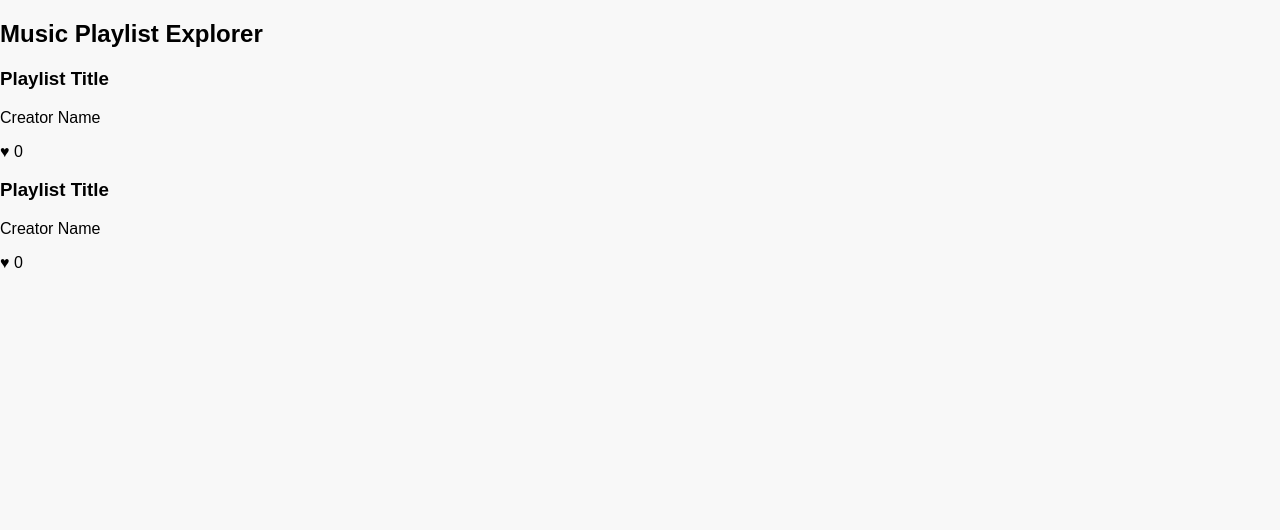
Repository: valentinaarojas/music-player-explorer
Page: index.html
An editor plug-in stored every save of this project. The page is shown before and after a run of saves, followed by the edit.
The browser window is 1280 px wide. The pictures show the whole page.

Above is the page before, as saved 2025-02-18 18:12:16.
Console error: SyntaxError: Unexpected token '{'

### index.html
<!DOCTYPE html>
<html lang="en">
<head>
    <meta charset="UTF-8">
    <meta name="viewport" content="width=device-width, initial-scale=1.0">

    <title>Music Playlist Explorer</title>
    <link rel="icon" type="image/x-icon" href="/images/favicon.ico">

    <link rel="stylesheet" href="style.css">
</head>
<body>
    <header>
        <!-- Your header content here -->
        <div class="banner">
            <h2>Music Playlist Explorer</h2>
        </div>
    </header>

    <main>
        <!-- Your main content here -->
        <div class="playlist-cards">
            <!-- card 1 -->
            <div class="playlist-card">
                <div class="playlist-cover">
                    <!-- IMG -->
                </div>
                <div class="playlist-info">
                    <h3 class="playlist-title">Playlist Title</h3>
                    <p class="creator-info">Creator Name</p>
                    <div class="like-count">
                        <span>♥</span>
                        <span>0</span>
                    </div>
                </div>
            </div>
            <!-- card 2 -->
            <div class="playlist-card">
                <div class="playlist-cover">
                    <!-- IMG -->
                </div>
                <div class="playlist-info">
                    <h3 class="playlist-title">Playlist Title</h3>
                    <p class="creator-info">Creator Name</p>
                    <div class="like-count">
                        <span>♥</span>
                        <span>0</span>
                    </div>
                </div>
            </div>

        </div>
    </main>

    <footer>
        <!-- Your footer content here -->
    </footer>
    <script src="data/data.js"></script>
    <script src="script.js"></script>
</body>
</html>

### style.css
body {
    font-family: 'Arial', sans-serif;
    margin: 0;
    padding: 0;
    background-color: #f8f8f8;
}

### data/data.js
let data = { "playlists": [
    {
      "playlistID": 0,
      "playlist_name": "Late Night Drive",
      "playlist_creator": "Melody Maven",
      "playlist_art": "https://picsum.photos/id/36/200",
      "likeCount": 0,
      "songs": [
        {
          "songID": 0,
          "title": "Nightcall",
          "artist": "Kavinsky",
          "album": "Nightcall",
          "cover_art": "https://picsum.photos/id/43/200",
          "duration": "4:18"
        },
        {
          "songID": 1,
          "title": "Drive",
          "artist": "The Cars",
          "album": "Heartbeat City",
          "cover_art": "https://picsum.photos/id/45/200",
          "duration": "3:55"
        },
        {
          "songID": 2,
          "title": "Cruisin'",
          "artist": "Smokey Robinson",
          "album": "One Heartbeat",
          "cover_art": "https://picsum.photos/id/88/200",
          "duration": "4:30"
        },
        {
          "songID": 3,
          "title": "Night Moves",
          "artist": "Bob Seger",
          "album": "Night Moves",
          "cover_art": "https://picsum.photos/id/84/200",
          "duration": "5:25"
        },
        {
          "songID": 4,
          "title": "Moonlight Drive",
          "artist": "The Doors",
          "album": "Strange Days",
          "cover_art": "https://picsum.photos/id/122/200",
          "duration": "3:04"
        }
      ]
    },
    {
      "playlistID": 1,
      "playlist_name": "That Summer '16 Feeling",
      "playlist_creator": "Groove Guardian",
      "playlist_art": "https://picsum.photos/id/117/200",
      "likeCount": 10,
      "songs": [
        {
          "songID": 5,
          "title": "One Dance",
          "artist": "Drake",
          "album": "Views",
          "cover_art": "https://picsum.photos/id/21/200",
          "duration": "2:53"
        },
        {
          "songID": 6,
          "title": "Cheap Thrills",
          "artist": "Sia",
          "album": "This Is Acting",
          "cover_art": "https://picsum.photos/id/56/200",
          "duration": "3:31"
        },
        {
          "songID": 7,
          "title": "Don't Let Me Down",
          "artist": "The Chainsmokers ft. Daya",
          "album": "Collage",
          "cover_art": "https://picsum.photos/id/145/200",
          "duration": "3:28"
        },
        {
          "songID": 8,
          "title": "This Is What You Came For",
          "artist": "Calvin Harris ft. Rihanna",
          "album": "This Is What You Came For",
          "cover_art": "https://picsum.photos/id/160/200",
          "duration": "3:42"
        },
        {
          "songID": 9,
          "title": "Ride",
          "artist": "Twenty One Pilots",
          "album": "Blurryface",
          "cover_art": "https://picsum.photos/id/133/200",
          "duration": "3:34"
        }
      ]
    },
    {
      "playlistID": 2,
      "playlist_name": "Workout Beats",
      "playlist_creator": "Harmony Herald",
      "playlist_art": "https://picsum.photos/id/1077/200",
      "likeCount": 2,
      "songs": [
        {
          "songID": 10,
          "title": "Eye of the Tiger",
          "artist": "Survivor",
          "album": "Eye of the Tiger",
          "cover_art": "https://picsum.photos/id/593/200",
          "duration": "4:05"
        },
        {
          "songID": 11,
          "title": "Stronger",
          "artist": "Kanye West",
          "album": "Graduation",
          "cover_art": "https://picsum.photos/id/169/200",
          "duration": "5:12"
        },
        {
          "songID": 12,
          "title": "Lose Yourself",
          "artist": "Eminem",
          "album": "8 Mile Soundtrack",
          "cover_art": "https://picsum.photos/id/171/200",
          "duration": "5:26"
        },
        {
          "songID": 13,
          "title": "Uptown Funk",
          "artist": "Mark Ronson ft. Bruno Mars",
          "album": "Uptown Special",
          "cover_art": "https://picsum.photos/id/274/200",
          "duration": "4:30"
        },
        {
          "songID": 14,
          "title": "Can't Stop the Feeling!",
          "artist": "Justin Timberlake",
          "album": "Trolls (Original Motion Picture Soundtrack)",
          "cover_art": "https://picsum.photos/id/304/200",
          "duration": "3:56"
        }
      ]
    },
    {
      "playlistID": 3,
      "playlist_name": "Road Trip Anthems",
      "playlist_creator": "Playlist Pioneer",
      "playlist_art": "https://picsum.photos/id/314/200",
      "likeCount": 5,
      "songs": [
        {
          "songID": 15,
          "title": "Life Is a Highway",
          "artist": "Tom Cochrane",
          "album": "Mad Mad World",
          "cover_art": "https://picsum.photos/id/352/200",
          "duration": "4:26"
        },
        {
          "songID": 16,
          "title": "Born to Run",
          "artist": "Bruce Springsteen",
          "album": "Born to Run",
          "cover_art": "https://picsum.photos/id/361/200",
          "duration": "4:30"
        },
        {
          "songID": 17,
          "title": "Take It Easy",
          "artist": "Eagles",
          "album": "Eagles",
          "cover_art": "https://picsum.photos/id/365/200",
          "duration": "3:31"
        },
        {
          "songID": 18,
          "title": "Route 66",
          "artist": "Chuck Berry",
          "album": "Get Your Kicks on Route 66",
          "cover_art": "https://picsum.photos/id/371/200",
          "duration": "2:53"
        },
        {
          "songID": 19,
          "title": "On the Road Again",
          "artist": "Willie Nelson",
          "album": "Honeysuckle Rose",
          "cover_art": "https://picsum.photos/id/382/200",
          "duration": "2:33"
        }
      ]
    },
    {
      "playlistID": 4,
      "playlist_name": "Boss Chick Energy",
      "playlist_creator": "Tempo Tactician",
      "playlist_art": "https://picsum.photos/id/449/200",
      "likeCount": 0,
      "songs": [
        {
          "songID": 20,
          "title": "Run the World (Girls)",
          "artist": "Beyoncé",
          "album": "4",
          "cover_art": "https://picsum.photos/id/550/200",
          "duration": "3:56"
        },
        {
          "songID": 21,
          "title": "I'm Every Woman",
          "artist": "Chaka Khan",
          "album": "Chaka",
          "cover_art": "https://picsum.photos/id/646/200",
          "duration": "4:07"
        },
        {
          "songID": 22,
          "title": "Independent Women, Pt. 1",
          "artist": "Destiny's Child",
          "album": "Survivor",
          "cover_art": "https://picsum.photos/id/660/200",
          "duration": "3:41"
        },
        {
          "songID": 23,
          "title": "Confident",
          "artist": "Demi Lovato",
          "album": "Confident",
          "cover_art": "https://picsum.photos/id/680/200",
          "duration": "3:25"
        },
        {
          "songID": 24,
          "title": "Feeling Myself",
          "artist": "Nicki Minaj ft. Beyoncé",
          "album": "The Pinkprint",
          "cover_art": "https://picsum.photos/id/822/200",
          "duration": "3:57"
        }
      ]
    },
    {
      "playlistID": 5,
      "playlist_name": "Rainy Nights",
      "playlist_creator": "Sonic Sage",
      "playlist_art": "https://picsum.photos/id/115/200",
      "likeCount": 24,
      "songs": [
        {
          "songID": 25,
          "title": "Purple Rain",
          "artist": "Prince",
          "album": "Purple Rain",
          "cover_art": "https://picsum.photos/id/123/200",
          "duration": "8:41"
        },
        {
          "songID": 26,
          "title": "November Rain",
          "artist": "Guns N' Roses",
          "album": "Use Your Illusion I",
          "cover_art": "https://picsum.photos/id/171/200",
          "duration": "8:57"
        },
        {
          "songID": 27,
          "title": "Riders on the Storm",
          "artist": "The Doors",
          "album": "L.A. Woman",
          "cover_art": "https://picsum.photos/id/172/200",
          "duration": "7:14"
        },
        {
          "songID": 28,
          "title": "I Can't Stand the Rain",
          "artist": "Ann Peebles",
          "album": "I Can't Stand the Rain",
          "cover_art": "https://picsum.photos/id/178/200",
          "duration": "2:31"
        },
        {
          "songID": 29,
          "title": "Set Fire to the Rain",
          "artist": "Adele",
          "album": "21",
          "cover_art": "https://picsum.photos/id/680/200",
          "duration": "4:02"
        }
      ]
    },
    {
      "playlistID": 6,
      "playlist_name": "90's R&B",
      "playlist_creator": "Vinyl Virtuoso",
      "playlist_art": "https://picsum.photos/id/815/200",
      "likeCount": 3,
      "songs": [
        {
          "songID": 30,
          "title": "No Diggity",
          "artist": "Blackstreet ft. Dr. Dre",
          "album": "Another Level",
          "cover_art": "https://picsum.photos/id/856/200",
          "duration": "5:06"
        },
        {
          "songID": 31,
          "title": "Waterfalls",
          "artist": "TLC",
          "album": "CrazySexyCool",
          "cover_art": "https://picsum.photos/id/871/200",
          "duration": "4:39"
        },
        {
          "songID": 32,
          "title": "Creep",
          "artist": "TLC",
          "album": "CrazySexyCool",
          "cover_art": "https://picsum.photos/id/891/200",
          "duration": "4:29"
        },
        {
          "songID": 33,
          "title": "On Bended Knee",
          "artist": "Boyz II Men",
          "album": "II",
          "cover_art": "https://picsum.photos/id/1013/200",
          "duration": "4:05"
        },
        {
          "songID": 34,
          "title": "Fantasy",
          "artist": "Mariah Carey",
          "album": "Daydream",
          "cover_art": "https://picsum.photos/id/1014/200",
          "duration": "4:04"
        }
      ]
    },
    {
      "playlistID": 7,
      "playlist_name": "Nothing But The Classics",
      "playlist_creator": "Melody Maven",
      "playlist_art": "https://picsum.photos/id/22/200",
      "likeCount": 3,
      "songs": [
        {
          "songID": 35,
          "title": "Bohemian Rhapsody",
          "artist": "Queen",
          "album": "A Night at the Opera",
          "cover_art": "https://picsum.photos/id/39/200",
          "duration": "5:55"
        },
        {
          "songID": 36,
          "title": "Hotel California",
          "artist": "Eagles",
          "album": "Hotel California",
          "cover_art": "https://picsum.photos/id/57/200",
          "duration": "6:30"
        },
        {
          "songID": 37,
          "title": "Stairway to Heaven",
          "artist": "Led Zeppelin",
          "album": "Led Zeppelin IV",
          "cover_art": "https://picsum.photos/id/221/200",
          "duration": "8:02"
        },
        {
          "songID": 38,
          "title": "Sweet Child o' Mine",
          "artist": "Guns N' Roses",
          "album": "Appetite for Destruction",
          "cover_art": "https://picsum.photos/id/822/200",
          "duration": "5:55"
        },
        {
          "songID": 39,
          "title": "Imagine",
          "artist": "John Lennon",
          "album": "Imagine",
          "cover_art": "https://picsum.photos/id/823/200",
          "duration": "3:04"
        }
      ]
    },
    {
      "playlistID": 8,
      "playlist_name": "Ohh That Baseline",
      "playlist_creator": "Bassline Buddy",
      "playlist_art": "https://picsum.photos/id/836/200",
      "likeCount": 0,
      "songs": [
        {
          "songID": 40,
          "title": "Another One Bites the Dust",
          "artist": "Queen",
          "album": "The Game",
          "cover_art": "https://picsum.photos/id/839/200",
          "duration": "3:36"
        },
        {
          "songID": 41,
          "title": "Billie Jean",
          "artist": "Michael Jackson",
          "album": "Thriller",
          "cover_art": "https://picsum.photos/id/903/200",
          "duration": "4:54"
        },
        {
          "songID": 42,
          "title": "Superstition",
          "artist": "Stevie Wonder",
          "album": "Talking Book",
          "cover_art": "https://picsum.photos/id/978/200",
          "duration": "4:26"
        },
        {
          "songID": 43,
          "title": "Smooth Criminal",
          "artist": "Michael Jackson",
          "album": "Bad",
          "cover_art": "https://picsum.photos/id/1004/200",
          "duration": "4:17"
        },
        {
          "songID": 44,
          "title": "Money for Nothing",
          "artist": "Dire Straits",
          "album": "Brothers in Arms",
          "cover_art": "https://picsum.photos/id/1025/200",
          "duration": "8:26"
        }
      ]
    }
  ]
}

### script.js
body {
    font-family: 'Arial', sans-serif;
    margin: 0;
    padding: 0;
    background-color: #f8f8f8;
}

After the next 5 saves:
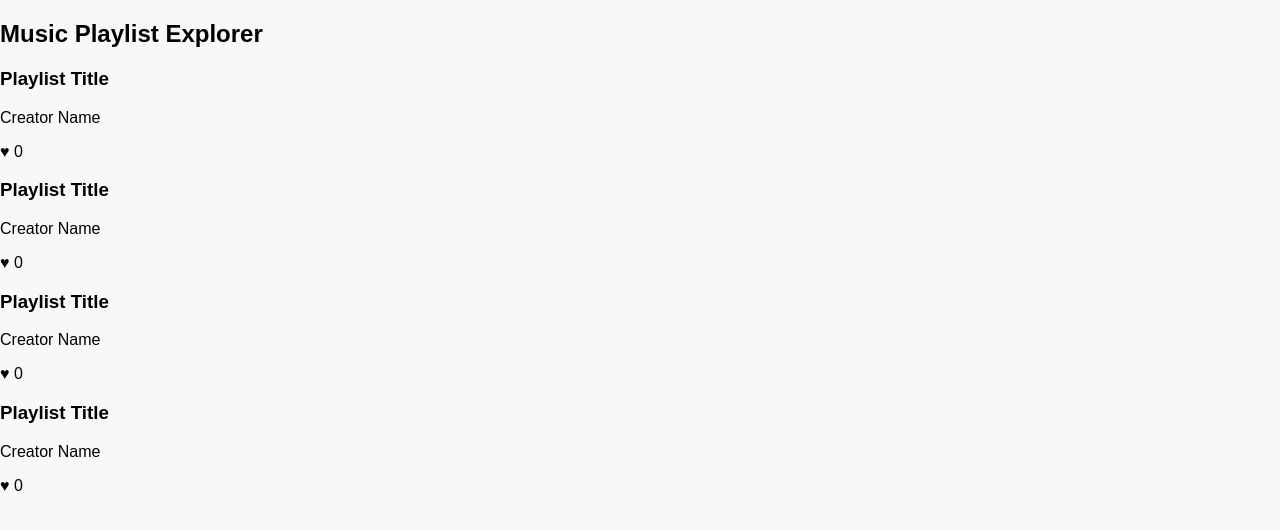
The 5 saves are shown as one change because they came seconds apart.
The last was saved 13 s later.
--- a/index.html
+++ b/index.html
@@ -48,6 +48,34 @@
                     </div>
                 </div>
             </div>
+            <!-- card 1 -->
+            <div class="playlist-card">
+                <div class="playlist-cover">
+                    <!-- IMG -->
+                </div>
+                <div class="playlist-info">
+                    <h3 class="playlist-title">Playlist Title</h3>
+                    <p class="creator-info">Creator Name</p>
+                    <div class="like-count">
+                        <span>♥</span>
+                        <span>0</span>
+                    </div>
+                </div>
+            </div>
+            <!-- card 1 -->
+            <div class="playlist-card">
+                <div class="playlist-cover">
+                    <!-- IMG -->
+                </div>
+                <div class="playlist-info">
+                    <h3 class="playlist-title">Playlist Title</h3>
+                    <p class="creator-info">Creator Name</p>
+                    <div class="like-count">
+                        <span>♥</span>
+                        <span>0</span>
+                    </div>
+                </div>
+            </div>
 
         </div>
     </main>
